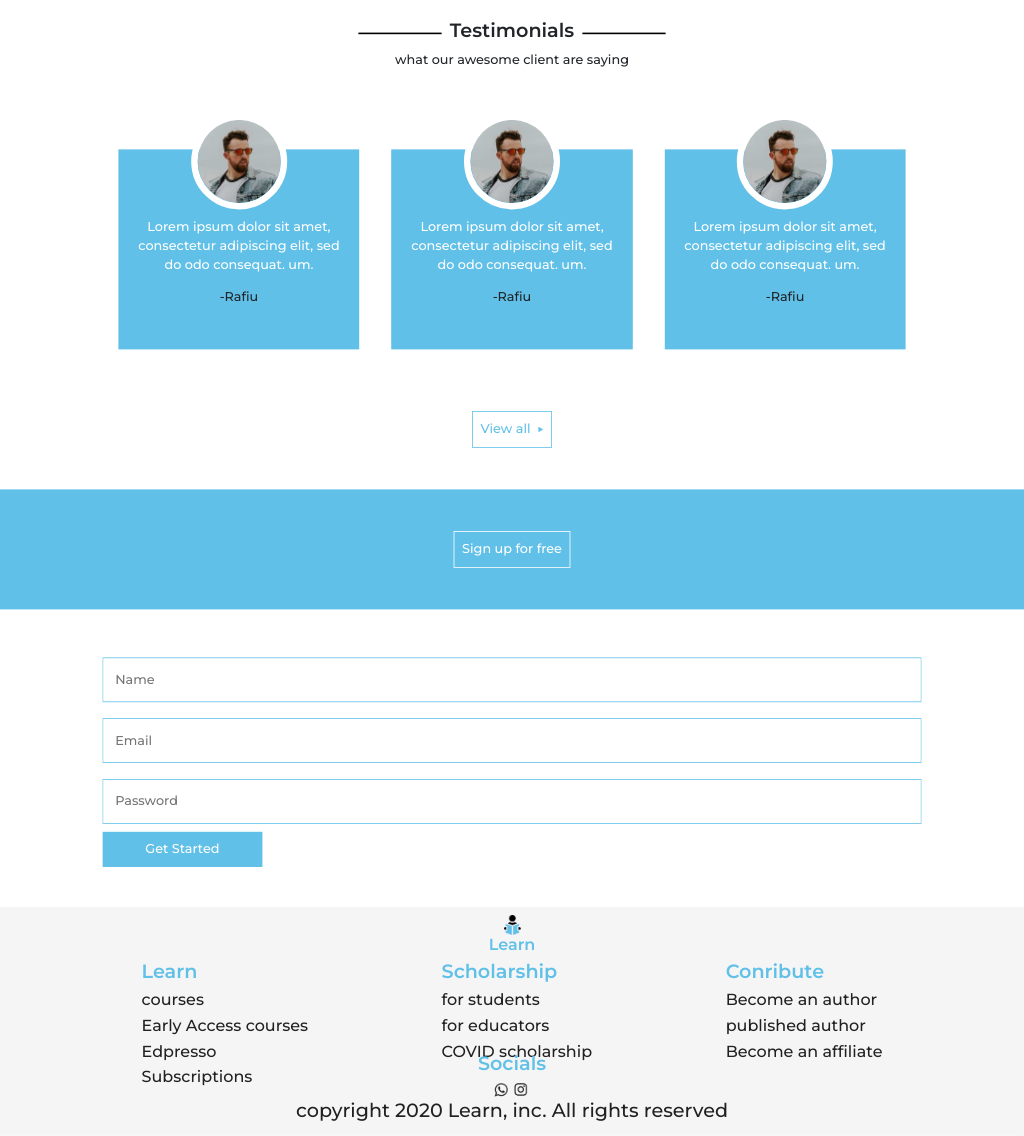
Repository: TiaraOluwanimi/team5
Page: tutor.html
These files come from the project's save history. The page is drawn as it stood at one moment and after the next save; the edit follows.
The browser window is 1280 px wide. The pictures show the part of the page from y = 1876 to 3296 px (the page is 3296 px tall), at 80% of full size.
A picture or video elsewhere on the page could not be fetched, so the positions and the page height are approximate. Some web libraries are served in a nearby version.

Above is the page before, as saved 2020-08-08 12:38:46.

After the next save:
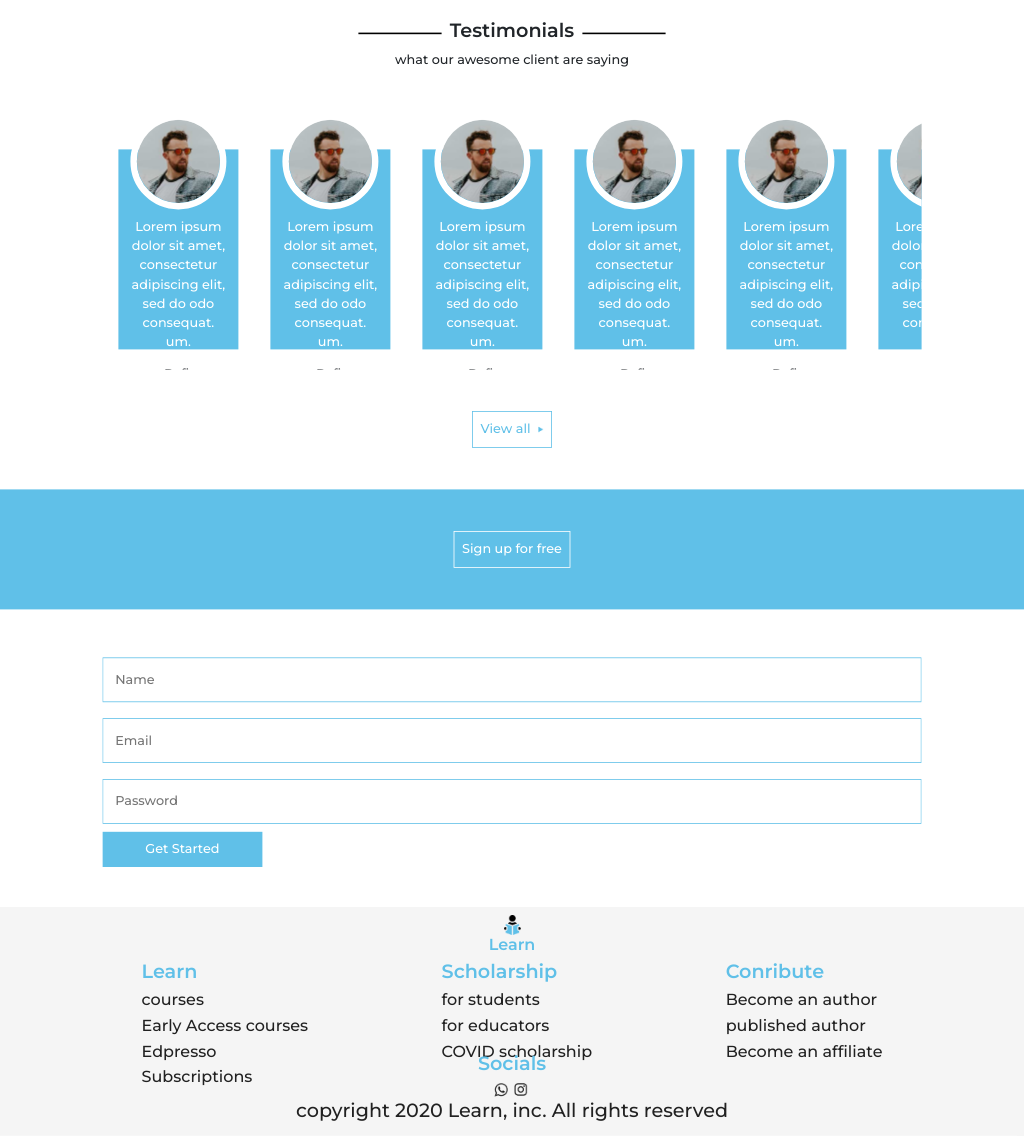
Saved 20 s later.
--- a/tutor.html
+++ b/tutor.html
@@ -247,7 +247,28 @@
               </div>
               <p>-Rafiu</p>
             </div>
-
+            <div class="testimonial-card">
+              <img src="./assets/img/Ellipse7.png" alt="">
+              <div class="testimonial-statement">
+
+                <p>Lorem ipsum dolor sit amet, consectetur adipiscing elit, sed do odo consequat. um.</p>
+              </div>
+              <p>-Rafiu</p>
+            </div>
+            <div class="testimonial-card">
+              <img src="./assets/img/Ellipse7.png" alt="">
+              <div class="testimonial-statement">
+                <p>Lorem ipsum dolor sit amet, consectetur adipiscing elit, sed do odo consequat. um.</p>
+              </div>
+              <p>-Rafiu</p>
+            </div>
+            <div class="testimonial-card">
+              <img src="./assets/img/Ellipse7.png" alt="">
+              <div class="testimonial-statement">
+                <p>Lorem ipsum dolor sit amet, consectetur adipiscing elit, sed do odo consequat. um.</p>
+              </div>
+              <p>-Rafiu</p>
+            </div>
         </div>
       </div>
         <div id="view-all-button">
